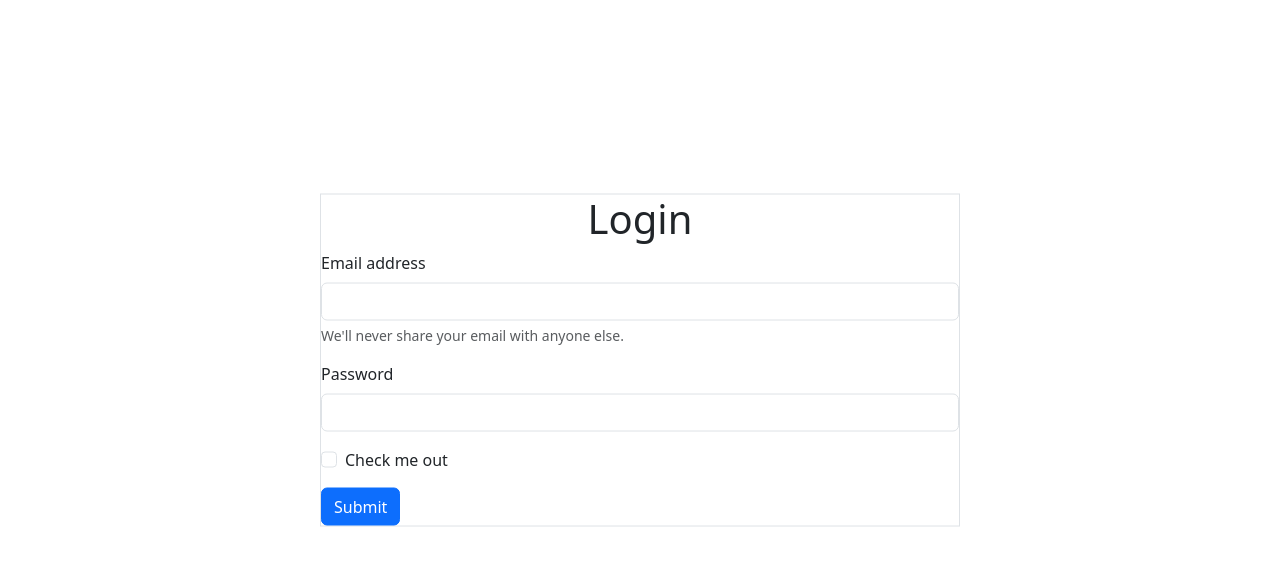
Repository: Anandu361/OTT-Platform
Page: http://localhost/Login
The author's editor kept a copy of each file at every save. The page is drawn from the files as they stood at one save, then again after the next save.
The browser window is 1280 px wide. The pictures show the whole page.
The page is this project's Thymeleaf template; nobody is signed in. The template is opened directly, without the code that normally fills it, so the values that code supplies are empty.

Above is the page before, as saved 2026-01-08 10:01:09.

After the next save:
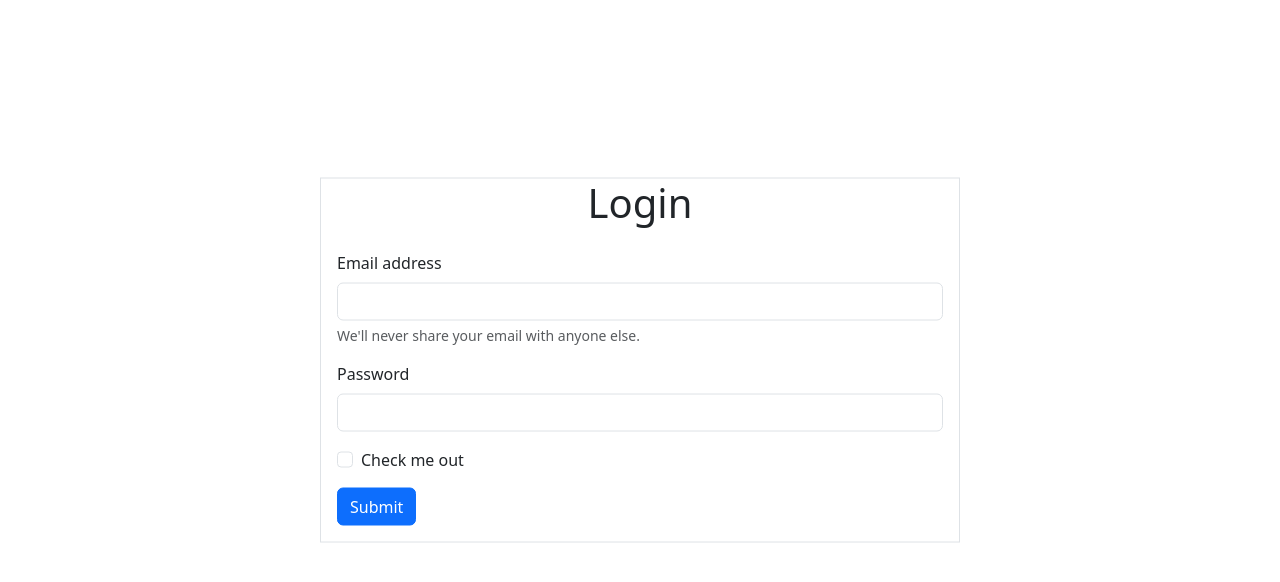
Saved 44 s later.
--- a/backend/src/main/resources/templates/Login.html
+++ b/backend/src/main/resources/templates/Login.html
@@ -8,7 +8,7 @@
 		<div class="container vh-100">
 			<div class="border mx-auto d-block w-50 position-absolute top-50 start-50 translate-middle">
 				<h1 class="text-center">Login</h1>
-				<div>
+				<div class="p-3">
 					<form>
 					  <div class="mb-3">
 					    <label for="exampleInputEmail1" class="form-label">Email address</label>

After the save that followed:
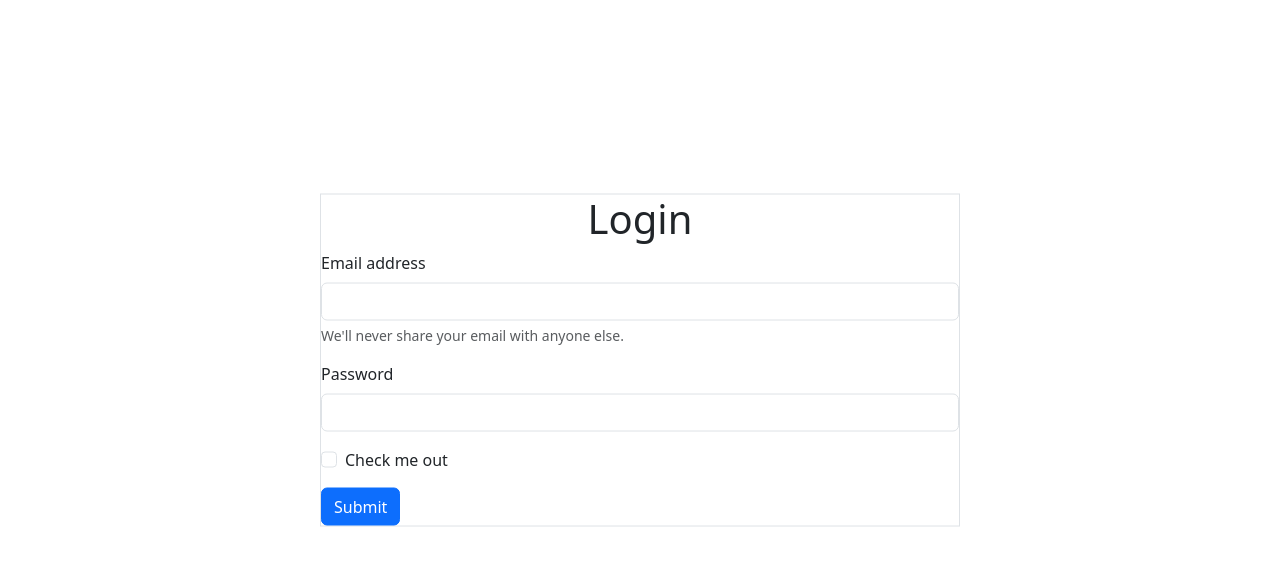
Saved 32 s later.
--- a/backend/src/main/resources/templates/Login.html
+++ b/backend/src/main/resources/templates/Login.html
@@ -8,7 +8,7 @@
 		<div class="container vh-100">
 			<div class="border mx-auto d-block w-50 position-absolute top-50 start-50 translate-middle">
 				<h1 class="text-center">Login</h1>
-				<div class="p-3">
+				<div>
 					<form>
 					  <div class="mb-3">
 					    <label for="exampleInputEmail1" class="form-label">Email address</label>
